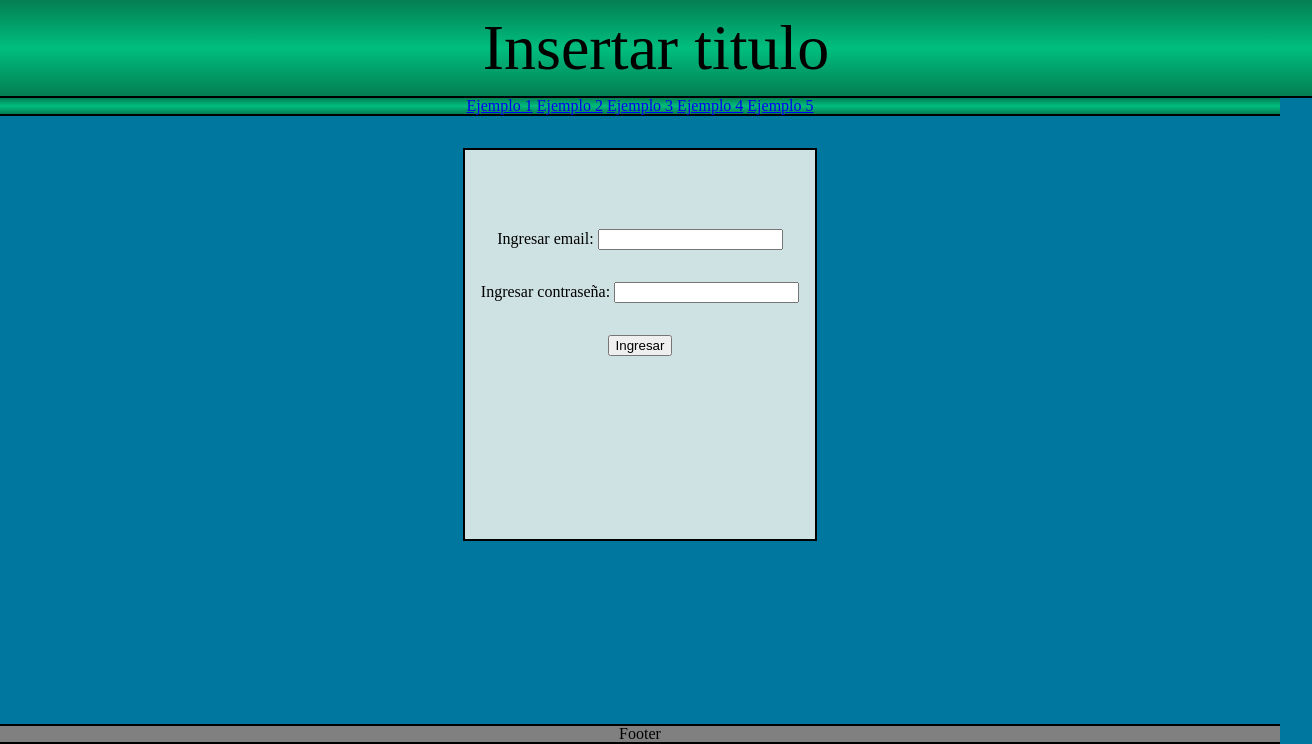
Repository: FacundoKinderknecht/Parcial-2-LPPA
Page: login/login.html
These files come from the project's save history. The page is drawn as it stood at one moment and after the next save; the edit follows.
The browser window is 1280 px wide. The page is 1312 px wide, so the pictures cover 1312 px, including what lies to the right of the window. The pictures show the whole page.

Above is the page before, as saved 2022-07-06 10:35:13.

### login/login.html
<!DOCTYPE html>
<html lang="en">
<head>
    <meta charset="UTF-8">
    <meta http-equiv="X-UA-Compatible" content="IE=edge">
    <meta name="viewport" content="width=device-width, initial-scale=1.0">
    <title>Document</title>
    <link rel="stylesheet" href="/reset.css">
    <link rel="stylesheet" href="/login/login.css">
    <script src="/login/login.js"></script>
</head>
<body>
    <header>
        <h1>Insertar titulo</h1>
    </header>
    <nav>
        <li>
            <a href="#">Ejemplo 1</a>
            <a href="#">Ejemplo 2</a>
            <a href="#">Ejemplo 3</a>
            <a href="#">Ejemplo 4</a>
            <a href="#">Ejemplo 5</a>
        </li>
    </nav>
    <main>
        <form>
            <div class="email">
                <label for="email">Ingresar email:</label>
                <input type="text" name="email" id="email">
            </div>
            <div class="contraseña">
                <label for="contraseña">Ingresar contraseña:</label>
                <input type="password" name="contraseña" id="contraseña">
            </div>
            <div class="boton">
                <input type="submit" value="Ingresar">
            </div>
        </form>
    </main>
    <footer>
        <p>Footer</p>
    </footer>
</body>
</html>

### login/login.css
header{
    width: 100%;
    border-bottom: black 2px solid;
    padding: 1rem;
    font-size: 400%;
    background: linear-gradient(to top, rgb(4, 126, 83), rgb(0, 190, 126), rgb(4, 126, 83));
}
nav{
    background: linear-gradient(to top, rgb(4, 126, 83), rgb(0, 190, 126), rgb(4, 126, 83));
    display: block;
    border-bottom: black 2px solid;
    text-decoration: none;
}
li{
    text-decoration: none;
    list-style: none;
    color: black;
}
body{
    background-color: rgb(0, 119, 159);
    height: 100%;
    align-items: center;
    text-align: center;
    margin: 0;
}
main{
    display: inline-block;
    width: 70%;
    padding: 2rem;
    height: 34rem;
}
form{
    display: inline-block;
    background-color: rgb(207, 226, 227);  border: black solid 2px;
    padding-top: 7%;
    height: 60%;
    align-items: center;
    text-align: center;
}
div{
    align-items:center;
    padding: 1rem;
}
footer{
    border-top: 2px solid black;
    border-bottom: 2px solid black;
    background-color: grey;
    bottom: 0;
    width: 100%;
}

Loaded but not shown: reset.css (common file); login/login.js (no stored copy; drawn as an empty file)

After the next save:
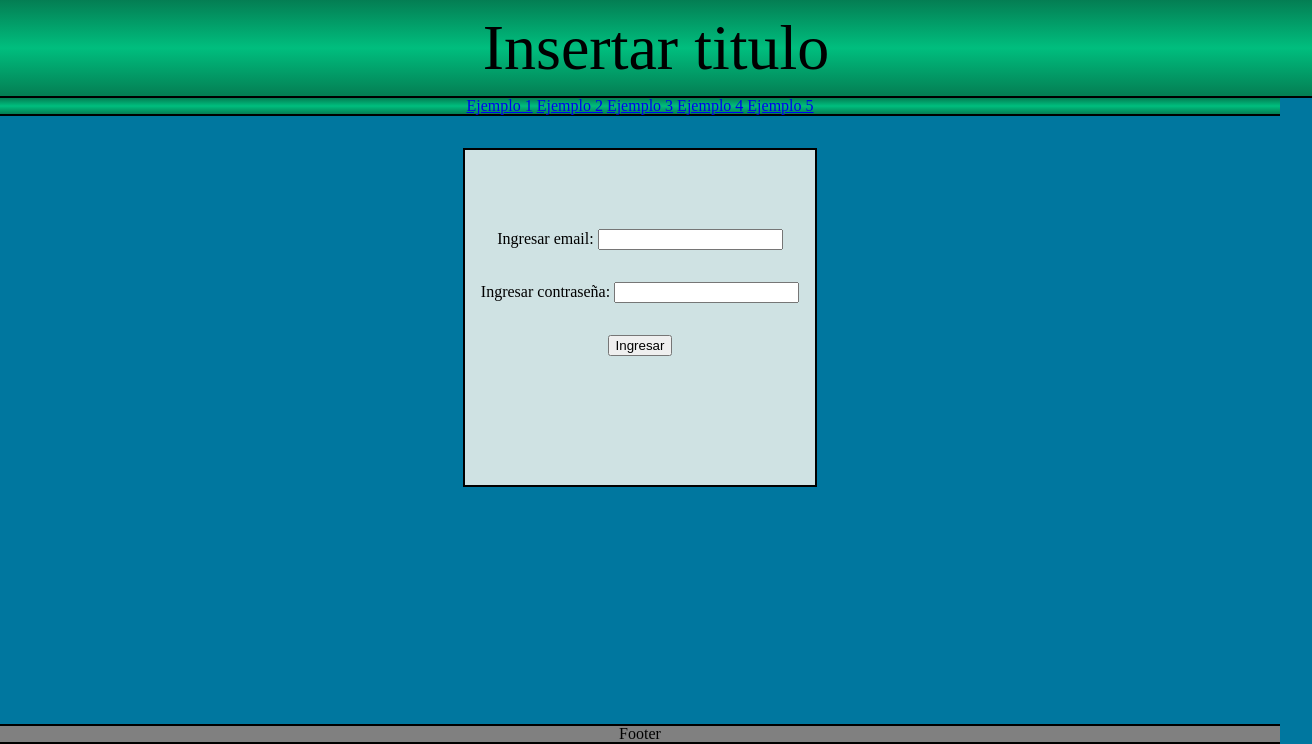
Saved 4 s later.
--- a/login/login.css
+++ b/login/login.css
@@ -33,7 +33,7 @@ form{
     display: inline-block;
     background-color: rgb(207, 226, 227);  border: black solid 2px;
     padding-top: 7%;
-    height: 60%;
+    height: 50%;
     align-items: center;
     text-align: center;
 }
